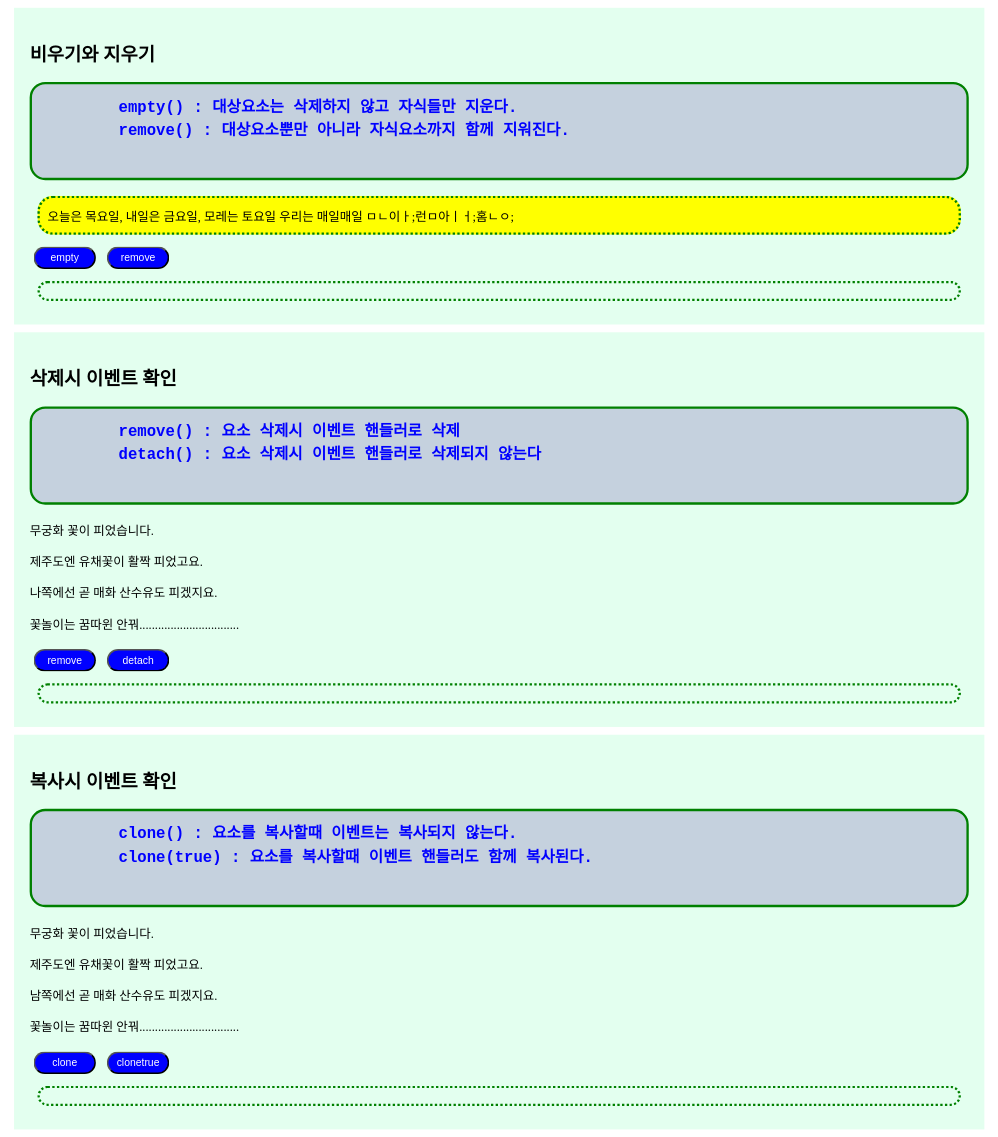
Repository: ypyp0205/jquery
Page: jqpro/WebContent/0213/remove_empty_detach.html
These files come from the project's save history. The page is drawn as it stood at one moment and after the next save; the edit follows.
The browser window is 1280 px wide. The pictures show the whole page, at 78% of full size.
After loading, the first visible `#cl` was clicked once.

Above is the page before, as saved 2020-02-13 07:10:14.

After the next save:
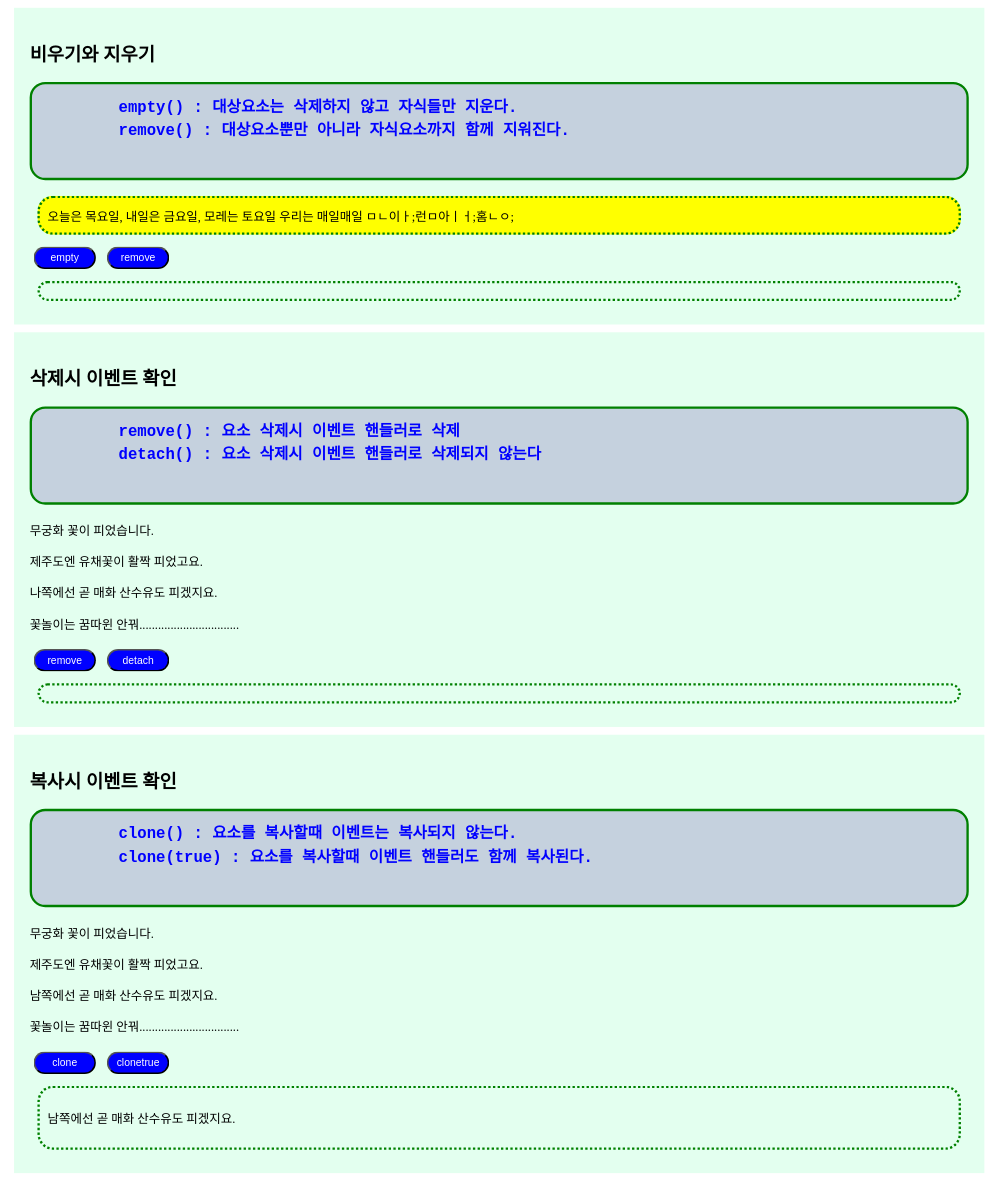
Saved 117 s later.
--- a/jqpro/WebContent/0213/remove_empty_detach.html
+++ b/jqpro/WebContent/0213/remove_empty_detach.html
@@ -34,11 +34,11 @@
 
 
 		$('#cl').click(function(){
-			$('#cp3').clone();
+			$('#cp3').clone().prependTo('#result3');
 		})
 
 		$('#clt').click(function(){
-			$('#cp4').clone(true);
+			$('#result3').prepend($('#cp3').clone());
 		})
 
 
